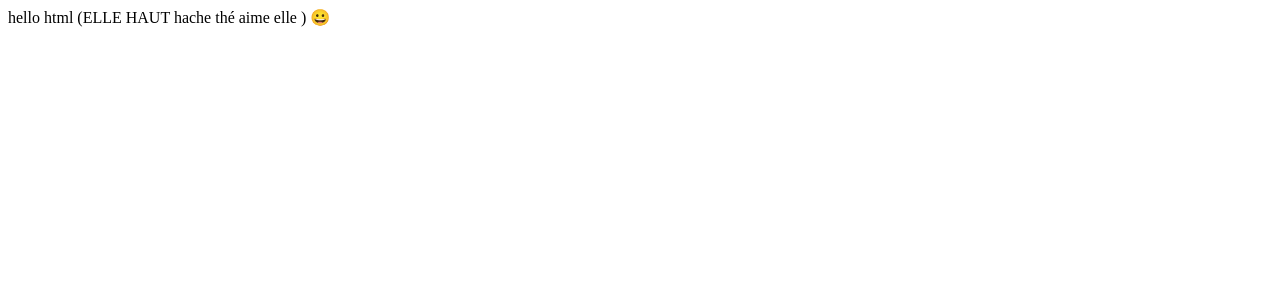
Repository: BAPTISTE-Ryan/webdev
Page: http://localhost/helloweb/HelloHtmlServlet
These files come from the project's save history. The page is drawn as it stood at one moment and after the next save; the edit follows.
The browser window is 1280 px wide. The pictures show the whole page.
The page is served by Tomcat 9. Other server files are loaded and not shown.

Above is the page before, as saved 2018-04-13 07:49:20.

### helloweb/src/com/shahmayim/hello/HelloHtmlServlet.java
package com.shahmayim.hello;

import java.io.IOException;
import javax.servlet.ServletException;
import javax.servlet.annotation.WebServlet;
import javax.servlet.http.HttpServlet;
import javax.servlet.http.HttpServletRequest;
import javax.servlet.http.HttpServletResponse;

/**
 * Servlet implementation class HelloHtmlServlet
 */
@WebServlet("/HelloHtmlServlet")
public class HelloHtmlServlet extends HttpServlet {
	private static final long serialVersionUID = 1L;

    /**
     * @see HttpServlet#HttpServlet()
     */
    public HelloHtmlServlet() {
        super();
        // TODO Auto-generated constructor stub
    }

	/**
	 * @see HttpServlet#doGet(HttpServletRequest request, HttpServletResponse response)
	 */
	protected void doGet(HttpServletRequest request, HttpServletResponse response) throws ServletException, IOException {
		// TODO Auto-generated method stub
		//response.getWriter().append("Served at: ").append(request.getContextPath());
		response.setHeader("Content-Type", "text/html");
		response.setCharacterEncoding("UTF-8");
		response.getWriter().append("<p> hello html  (ELLE HAUT  hache thé aime elle )  \ud83d\ude00 </p>");
	}

	/**
	 * @see HttpServlet#doPost(HttpServletRequest request, HttpServletResponse response)
	 */
	protected void doPost(HttpServletRequest request, HttpServletResponse response) throws ServletException, IOException {
		// TODO Auto-generated method stub
		doGet(request, response);
	}

}

After the next save:
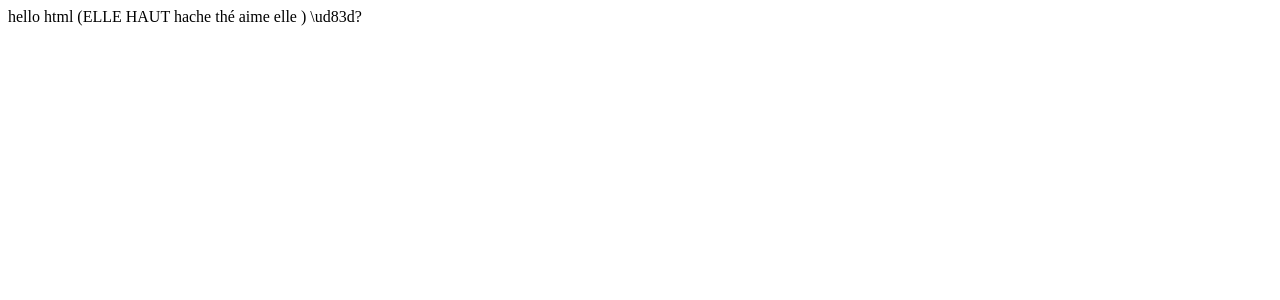
Saved 2 min 8 s later.
--- a/helloweb/src/com/shahmayim/hello/HelloHtmlServlet.java
+++ b/helloweb/src/com/shahmayim/hello/HelloHtmlServlet.java
@@ -30,7 +30,7 @@
 		//response.getWriter().append("Served at: ").append(request.getContextPath());
 		response.setHeader("Content-Type", "text/html");
 		response.setCharacterEncoding("UTF-8");
-		response.getWriter().append("<p> hello html  (ELLE HAUT  hache thé aime elle )  \ud83d\ude00 </p>");
+		response.getWriter().append("<p> hello html  (ELLE HAUT  hache thé aime elle )  \\ud83d\ude00 </p>");
 	}
 
 	/**

After the save that followed:
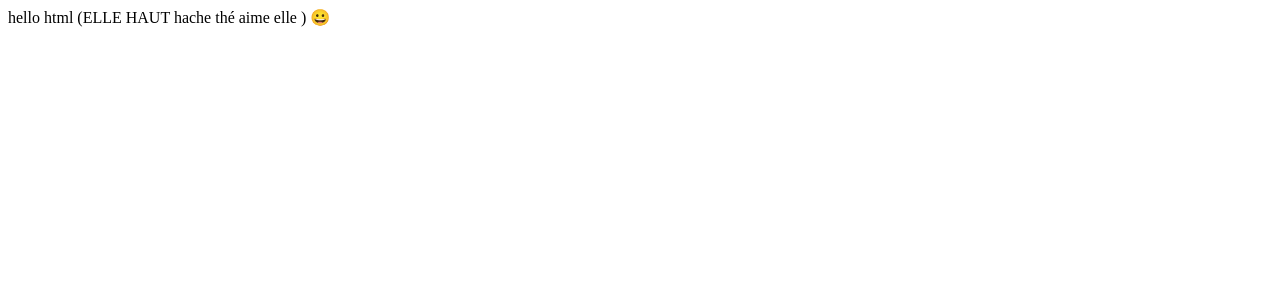
Saved 24 s later.
--- a/helloweb/src/com/shahmayim/hello/HelloHtmlServlet.java
+++ b/helloweb/src/com/shahmayim/hello/HelloHtmlServlet.java
@@ -30,7 +30,7 @@
 		//response.getWriter().append("Served at: ").append(request.getContextPath());
 		response.setHeader("Content-Type", "text/html");
 		response.setCharacterEncoding("UTF-8");
-		response.getWriter().append("<p> hello html  (ELLE HAUT  hache thé aime elle )  \\ud83d\ude00 </p>");
+		response.getWriter().append("<p> hello html  (ELLE HAUT  hache thé aime elle )  \ud83d\ude00 </p>");
 	}
 
 	/**
